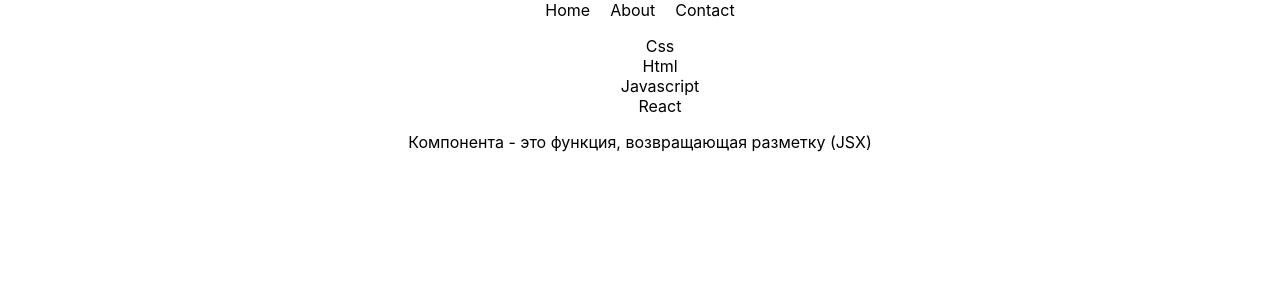
Repository: VladimirSolovyov/React
Page: /
The author's editor kept a copy of each file at every save. The page is drawn from the files as they stood at one save, then again after the next save.
The browser window is 1280 px wide. The pictures show the whole page.
The project was rebuilt for these pictures with package versions that can differ from the ones it lists, and the page was loaded fresh each time.

Above is the page before, as saved 2020-03-12 11:42:11.

### src/App.js
import React from 'react';
import './App.css';

const App = () => {
  return (
    <div className="App">
      <Header />
        <ul>
          <li>Css</li>
          <li>Html</li>
          <li>Javascript</li>
          <li>React</li>
        </ul>
      <div>
        <p>Компонента - это функция, возвращающая разметку (JSX)</p>
      </div>
    </div>
  );
}

const Header = () => {
  return (
    <div>
      <nav className="Header-menu">
        <a>Home</a>
        <a>About</a>
        <a>Contact</a>
      </nav>
    </div>
  );
}

export default App;

### src/App.css
.App {
  text-align: center;
}

.App-logo {
  height: 40vmin;
  pointer-events: none;
}

@media (prefers-reduced-motion: no-preference) {
  .App-logo {
    animation: App-logo-spin infinite 20s linear;
  }
}

.App-header {
  background-color: #282c34;
  min-height: 100vh;
  display: flex;
  flex-direction: column;
  align-items: center;
  justify-content: center;
  font-size: calc(10px + 2vmin);
  color: white;
}

.App-link {
  color: #61dafb;
}

@keyframes App-logo-spin {
  from {
    transform: rotate(0deg);
  }
  to {
    transform: rotate(360deg);
  }
}

ul li {
  list-style-type:none;
}

.Header-menu a{
  padding: 10px;
}

.Header-menu a:hover{
  padding: 10px;
  color:red;
  cursor: pointer;
}

Loaded but not shown: public/index.html (common file); src/index.js (common file); src/index.css (common file); src/serviceWorker.js (common file)

After the next save:
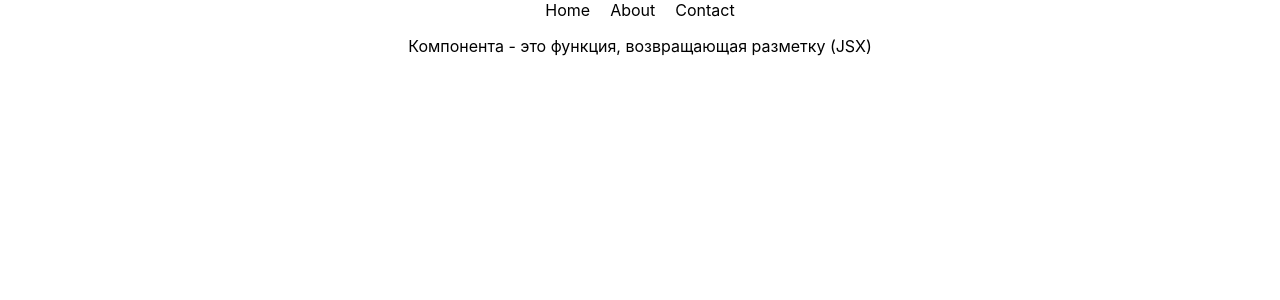
Saved 9 s later.
--- a/src/App.js
+++ b/src/App.js
@@ -5,12 +5,7 @@ const App = () => {
   return (
     <div className="App">
       <Header />
-        <ul>
-          <li>Css</li>
-          <li>Html</li>
-          <li>Javascript</li>
-          <li>React</li>
-        </ul>
+
       <div>
         <p>Компонента - это функция, возвращающая разметку (JSX)</p>
       </div>
